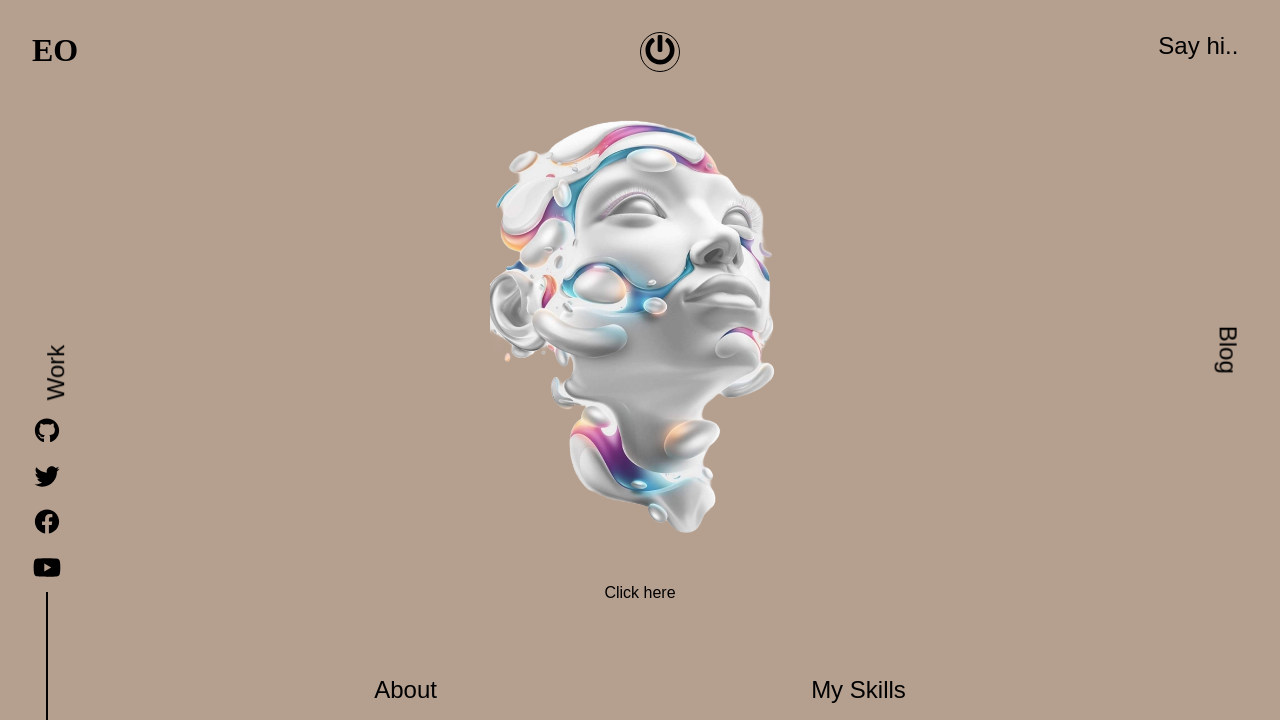
Repository: Deonorla/deon-dev
Page: /main
The author's editor kept a copy of each file at every save. The page is drawn from the files as they stood at one save, then again after the next save.
The browser window is 1280 px wide. The pictures show the whole page.
The project was rebuilt for these pictures with package versions that can differ from the ones it lists, and the page was loaded fresh each time. The framework's server and built-in components were replaced by stand-ins that run in the browser. Also part of the build but not shown: next.config.ts.

Above is the page before, as saved 2025-05-28 22:26:45.

### src/app/layout.tsx
import ClientRootLayout from "./ClientRootLayout";
export const metadata = {
  title: "Deon",
  description: "Deon's personal portfolio website",
};

export default function RootLayout({
  children,
}: {
  children: React.ReactNode;
}) {
  return <ClientRootLayout>{children}</ClientRootLayout>;
}

### src/app/main/page.tsx
"use client";

import PowerButton from "@/components/Button/PowerButton";
import LogoComponent from "@/components/Minor/Logo";
import Socials from "@/components/Minor/Socials";
import { YinYang } from "@/components/Minor/SvgPack/AllSvgs";
import Image from "next/image";
import Link from "next/link";
import { useState } from "react";
import styled, { keyframes } from "styled-components";

interface Prop {
  click: boolean;
}

const MainContainer = styled.div`
  background: ${(props) => props.theme.body};
  width: 100vw;
  height: 100vh;
  overflow: hidden;
  position: relative;

  h2,
  h3,
  h4,
  h5,
  h6 {
    font-family: "Karla", sans-serif;
    font-weight: 500;
  }
`;

const Container = styled.div`
  padding: 2rem;
`;

const Contact = styled(Link)`
  color: ${(props) => props.theme.text};
  position: absolute;
  top: 2rem;

  right: calc(1rem + 2vw);
  text-decoration: none;
  z-index: 1;
`;
const Blog = styled(Link)`
  color: ${(props) => props.theme.text};
  position: absolute;
  top: 50%;
  transform: rotate(90deg) translate(-50%, -50%);
  right: calc(1rem + 2vw);
  text-decoration: none;
  z-index: 1;
`;
const Work = styled(Link)<Prop>`
  color: ${(props) => (props.click ? props.theme.body : props.theme.text)};
  position: absolute;
  top: 46%;
  transform: rotate(-90deg) translate(-50%, -50%);
  left: calc(1rem + 2vw);
  text-decoration: none;
  z-index: 1;
`;
const BottomBar = styled.div`
  position: absolute;
  bottom: 1rem;
  left: 0;
  right: 0;
  width: 100%;

  display: flex;
  justify-content: space-evenly;
`;
const About = styled(Link)<Prop>`
  color: ${(props) => (props.click ? props.theme.body : props.theme.text)};
  text-decoration: none;
  z-index: 1;
`;
const Skills = styled(Link)`
  color: ${(props) => props.theme.text};
  text-decoration: none;
  z-index: 1;
`;
// Bounce animation for the image
const bounce = keyframes`
    0%, 100% {
        transform: translateY(0);
    }
    50% {
        transform: translateY(-25px);
    }
`;

const Center = styled.button<Prop>`
  position: absolute;
  top: ${(props) => (props.click ? "85%" : "50%")};
  left: ${(props) => (props.click ? "92%" : "50%")};
  transform: translate(-50%, -50%);
  border: none;
  outline: none;
  background-color: transparent;
  cursor: pointer;

  display: flex;
  flex-direction: column;
  justify-content: center;
  align-items: center;
  transition: all 1s ease;

  & > :first-child {
    animation: ${bounce} 2s infinite;
  }

  & > :last-child {
    display: ${(props) => (props.click ? "none" : "inline-block")};
    padding-top: 1rem;
  }
`;

const LightDiv = styled.div<Prop>`
  position: absolute;
  top: 0;
  background-color: #ffffff;
  bottom: 0;
  right: 50%;
  width: ${(prop) => (prop.click ? "50%" : "0%")};
  height: ${(prop) => (prop.click ? "100%" : "0%")};
  z-index: 1;
  transition: height 0.5s ease, width 1s ease 0.5s;
`;

const Main = () => {
  const [click, setClick] = useState(false);
  const handleClick = () => setClick(!click);
  return (
    <MainContainer>
      <LightDiv click={click} />
      <Container>
        <PowerButton />
        <LogoComponent theme={click ? "brown" : "light"} />
        <Socials theme={click ? "brown" : "light"} />
        <Center click={click}>
          <Image
            onClick={() => handleClick()}
            src="/images/head.png"
            alt="Deon Oluleye"
            width={click ? 100 : 300}
            height={click ? 150 : 450}
          />
          <span>Click here</span>
        </Center>
        <Contact target="_blank" href="mailto:deonoluleye@gmail.com">
          <h2>Say hi..</h2>
        </Contact>
        <Blog href="/blog">
          <h2>Blog</h2>
        </Blog>
        <Work href="/work" click={click}>
          <h2>Work</h2>
        </Work>
        <BottomBar>
          <About href="/about" click={click}>
            <h2>About</h2>
          </About>
          <Skills href="/skills">
            <h2>My Skills</h2>
          </Skills>
        </BottomBar>
      </Container>
    </MainContainer>
  );
};

export default Main;

### src/app/ClientRootLayout.tsx
"use client";

import { Geist, Geist_Mono } from "next/font/google";
import { ThemeProvider } from "styled-components";
import GlobalStyle from "./globalStyles";
import "../../node_modules/normalize.css";
import { lightTheme } from "@/components/Minor/theme/Themes";

const geistSans = Geist({
  variable: "--font-geist-sans",
  subsets: ["latin"],
});

const geistMono = Geist_Mono({
  variable: "--font-geist-mono",
  subsets: ["latin"],
});

export default function ClientRootLayout({
  children,
}: {
  children: React.ReactNode;
}) {
  return (
    <html lang="en">
      <body>
        <ThemeProvider theme={lightTheme}>
          <GlobalStyle />
          {children}
        </ThemeProvider>
      </body>
    </html>
  );
}

### src/components/Button/PowerButton/index.tsx
"use client";
import { PowerBtn } from "@/components/Minor/SvgPack/AllSvgs";
import Image from "next/image";
import Link from "next/link";
import styled from "styled-components";

const Power = styled.button`
  position: fixed;
  top: 2rem;
  left: 50%;
  transform: translateX(-50%, 0);

  background-color: #b59f8f;
  padding: 0.3rem;
  border-radius: 50%;
  border: 1px solid #000;
  width: 2.5rem;
  height: 2.5rem;

  display: flex;
  justify-content: center;
  align-items: center;
  z-index: 3;

  cursor: pointer;

  &:hover {
    background-color: rgba(0, 255, 0, 0.4);
    box-shadow: 0 0 8px 6px rgba(0, 255, 0, 0.2);
  }

  & > *:first-child {
    text-decoration: none;
    color: inherit;
  }
`;

const PowerButton = () => {
  return (
    <Power>
      <Link href="/">
        <PowerBtn width={30} height={30} fill="currentColor" />
      </Link>
    </Power>
  );
};

export default PowerButton;

### src/components/Minor/Logo/index.tsx
import React from "react";
import styled from "styled-components";
import { brownTheme } from "../theme/Themes";
interface prop {
  theme: string;
}

const Logo = styled.h1`
  display: inline-block;
  color: ${(prop) =>
    prop.color === "brown" ? brownTheme.text : brownTheme.body};
  font-family: "pacifico", cursive;

  position: fixed;
  left: 2rem;
  top: 2rem;
  z-index: 3;
`;

const LogoComponent = ({ theme }: prop) => {
  return (
    <div>
      <Logo color={theme}>EO</Logo>
    </div>
  );
};

export default LogoComponent;

### src/components/Minor/Socials/index.tsx
import Link from "next/link";
import React from "react";
import styled from "styled-components";
import { Facebook, Github, Twitter, YouTube } from "../SvgPack/AllSvgs";
import { brownTheme } from "../theme/Themes";
interface props {
  theme: string;
}

const Icons = styled.div`
  display: flex;
  flex-direction: column;
  align-items: center;

  position: fixed;
  bottom: 0;
  left: 2rem;

  z-index: 3;

  & > *:not(:last-child) {
    margin: 0.5rem 0;
  }
`;

const Line = styled.span<props>`
  width: 2px;
  height: 8rem;
  background-color: ${(props) =>
    props.color === "brown" ? brownTheme.text : brownTheme.body};
`;

const Socials = ({ theme }: props) => {
  return (
    <Icons>
      <div>
        <Link
          style={{ color: "inherit" }}
          target="_blank"
          href="https://github.com/deonorla"
        >
          <Github
            width={30}
            height={25}
            fill={theme === "brown" ? brownTheme.text : brownTheme.body}
          />
        </Link>
      </div>
      <div>
        <Link
          style={{ color: "inherit" }}
          target="_blank"
          href="https://x.com/DeonAtricks"
        >
          <Twitter
            width={30}
            height={25}
            fill={theme === "brown" ? brownTheme.text : brownTheme.body}
          />
        </Link>
      </div>
      <div>
        <Link style={{ color: "inherit" }} target="_blank" href="https://">
          <Facebook
            width={30}
            height={25}
            fill={theme === "brown" ? brownTheme.text : brownTheme.body}
          />
        </Link>
      </div>
      <div>
        <Link style={{ color: "inherit" }} target="_blank" href="https://">
          <YouTube
            width={30}
            height={25}
            fill={theme === "brown" ? brownTheme.text : brownTheme.body}
          />
        </Link>
      </div>
      <Line color={theme} />
    </Icons>
  );
};

export default Socials;

### src/app/globalStyles.ts
import { createGlobalStyle } from "styled-components";

const GlobalStyle = createGlobalStyle`

*,*::before,*::after, h1, h2, h3, h4, h5, h6 {
  margin: 0;
  padding: 0;
}

h1, h2, h3, h4, h5, h6 {
display: inline-block;
}

body {
    margin: 0;
    padding: 0;
    overflow-x: hidden;
    font-family: "Source Sans Pro", sans-serif;
 }
`;

export default GlobalStyle;

### src/components/Minor/theme/Themes.ts
export interface MyTheme {
  body: string;
  text: string;
  fontFamily: string;
  bodyRgba: string;
  textRgba: string;
}

export const lightTheme = {
  body: "#B59F8F",
  text: "#000000",
  fontFamily: "'Source Sans Pro', sans-serif",
  bodyRgba: "252, 246, 244",
  textRgba: "0,0,0",
};

export const brownTheme = {
  body: "#000000",
  text: "#B59F8F",
  fontFamily: "'Source Sans Pro', sans-serif",
  bodyRgba: "0,0,0",
  textRgba: "252, 246, 244",
};
// #B59F8F;

### src/components/Minor/SvgPack/AllSvgs.tsx
// components/PowerBtn.tsx
import React from "react";

interface Props extends React.SVGProps<SVGSVGElement> {
  fill?: string;
}

export const PowerBtn: React.FC<Props> = (props) => {
  return (
    <svg
      aria-hidden="true"
      data-prefix="fas"
      data-icon="power-off"
      className="svg-inline--fa fa-power-off fa-w-16"
      xmlns="http://www.w3.org/2000/svg"
      viewBox="0 0 512 512"
      {...props}
    >
      <path
        fill={props.fill || "currentColor"}
        d="M400 54.1c63 45 104 118.6 104 201.9 0 136.8-110.8 247.7-247.5 248C120 504.3 8.2 393 8 256.4 7.9 173.1 48.9 99.3 111.8 54.2c11.7-8.3 28-4.8 35 7.7L162.6 90c5.9 10.5 3.1 23.8-6.6 31-41.5 30.8-68 79.6-68 134.9-.1 92.3 74.5 168.1 168 168.1 91.6 0 168.6-74.2 168-169.1-.3-51.8-24.7-101.8-68.1-134-9.7-7.2-12.4-20.5-6.5-30.9l15.8-28.1c7-12.4 23.2-16.1 34.8-7.8zM296 264V24c0-13.3-10.7-24-24-24h-32c-13.3 0-24 10.7-24 24v240c0 13.3 10.7 24 24 24h32c13.3 0 24-10.7 24-24z"
      />
    </svg>
  );
};

export const Github: React.FC<Props> = (props) => {
  return (
    <svg
      aria-hidden="true"
      data-prefix="fab"
      data-icon="github"
      className="prefix__svg-inline--fa prefix__fa-github prefix__fa-w-16"
      xmlns="http://www.w3.org/2000/svg"
      viewBox="0 0 496 512"
      {...props}
    >
      <path
        fill={props.fill}
        d="M165.9 397.4c0 2-2.3 3.6-5.2 3.6-3.3.3-5.6-1.3-5.6-3.6 0-2 2.3-3.6 5.2-3.6 3-.3 5.6 1.3 5.6 3.6zm-31.1-4.5c-.7 2 1.3 4.3 4.3 4.9 2.6 1 5.6 0 6.2-2s-1.3-4.3-4.3-5.2c-2.6-.7-5.5.3-6.2 2.3zm44.2-1.7c-2.9.7-4.9 2.6-4.6 4.9.3 2 2.9 3.3 5.9 2.6 2.9-.7 4.9-2.6 4.6-4.6-.3-1.9-3-3.2-5.9-2.9zM244.8 8C106.1 8 0 113.3 0 252c0 110.9 69.8 205.8 169.5 239.2 12.8 2.3 17.3-5.6 17.3-12.1 0-6.2-.3-40.4-.3-61.4 0 0-70 15-84.7-29.8 0 0-11.4-29.1-27.8-36.6 0 0-22.9-15.7 1.6-15.4 0 0 24.9 2 38.6 25.8 21.9 38.6 58.6 27.5 72.9 20.9 2.3-16 8.8-27.1 16-33.7-55.9-6.2-112.3-14.3-112.3-110.5 0-27.5 7.6-41.3 23.6-58.9-2.6-6.5-11.1-33.3 2.6-67.9 20.9-6.5 69 27 69 27 20-5.6 41.5-8.5 62.8-8.5s42.8 2.9 62.8 8.5c0 0 48.1-33.6 69-27 13.7 34.7 5.2 61.4 2.6 67.9 16 17.7 25.8 31.5 25.8 58.9 0 96.5-58.9 104.2-114.8 110.5 9.2 7.9 17 22.9 17 46.4 0 33.7-.3 75.4-.3 83.6 0 6.5 4.6 14.4 17.3 12.1C428.2 457.8 496 362.9 496 252 496 113.3 383.5 8 244.8 8zM97.2 352.9c-1.3 1-1 3.3.7 5.2 1.6 1.6 3.9 2.3 5.2 1 1.3-1 1-3.3-.7-5.2-1.6-1.6-3.9-2.3-5.2-1zm-10.8-8.1c-.7 1.3.3 2.9 2.3 3.9 1.6 1 3.6.7 4.3-.7.7-1.3-.3-2.9-2.3-3.9-2-.6-3.6-.3-4.3.7zm32.4 35.6c-1.6 1.3-1 4.3 1.3 6.2 2.3 2.3 5.2 2.6 6.5 1 1.3-1.3.7-4.3-1.3-6.2-2.2-2.3-5.2-2.6-6.5-1zm-11.4-14.7c-1.6 1-1.6 3.6 0 5.9 1.6 2.3 4.3 3.3 5.6 2.3 1.6-1.3 1.6-3.9 0-6.2-1.4-2.3-4-3.3-5.6-2z"
      />
    </svg>
  );
};

export const Twitter: React.FC<Props> = (props) => {
  return (
    <svg
      aria-hidden="true"
      data-prefix="fab"
      data-icon="twitter"
      className="prefix__svg-inline--fa prefix__fa-twitter prefix__fa-w-16"
      xmlns="http://www.w3.org/2000/svg"
      viewBox="0 0 512 512"
      {...props}
    >
      <path
        fill={props.fill}
        d="M459.37 151.716c.325 4.548.325 9.097.325 13.645 0 138.72-105.583 298.558-298.558 298.558-59.452 0-114.68-17.219-161.137-47.106 8.447.974 16.568 1.299 25.34 1.299 49.055 0 94.213-16.568 130.274-44.832-46.132-.975-84.792-31.188-98.112-72.772 6.498.974 12.995 1.624 19.818 1.624 9.421 0 18.843-1.3 27.614-3.573-48.081-9.747-84.143-51.98-84.143-102.985v-1.299c13.969 7.797 30.214 12.67 47.431 13.319-28.264-18.843-46.781-51.005-46.781-87.391 0-19.492 5.197-37.36 14.294-52.954 51.655 63.675 129.3 105.258 216.365 109.807-1.624-7.797-2.599-15.918-2.599-24.04 0-57.828 46.782-104.934 104.934-104.934 30.213 0 57.502 12.67 76.67 33.137 23.715-4.548 46.456-13.32 66.599-25.34-7.798 24.366-24.366 44.833-46.132 57.827 21.117-2.273 41.584-8.122 60.426-16.243-14.292 20.791-32.161 39.308-52.628 54.253z"
      />
    </svg>
  );
};

export const Facebook: React.FC<Props> = (props) => {
  return (
    <svg
      aria-hidden="true"
      data-prefix="fab"
      data-icon="facebook"
      className="prefix__svg-inline--fa prefix__fa-facebook prefix__fa-w-16"
      xmlns="http://www.w3.org/2000/svg"
      viewBox="0 0 512 512"
      {...props}
    >
      <path
        fill={props.fill}
        d="M504 256C504 119 393 8 256 8S8 119 8 256c0 123.78 90.69 226.38 209.25 245V327.69h-63V256h63v-54.64c0-62.15 37-96.48 93.67-96.48 27.14 0 55.52 4.84 55.52 4.84v61h-31.28c-30.8 0-40.41 19.12-40.41 38.73V256h68.78l-11 71.69h-57.78V501C413.31 482.38 504 379.78 504 256z"
      />
    </svg>
  );
};

export const YouTube: React.FC<Props> = (props) => {
  return (
    <svg
      aria-hidden="true"
      data-prefix="fab"
      data-icon="youtube"
      className="prefix__svg-inline--fa prefix__fa-youtube prefix__fa-w-18"
      xmlns="http://www.w3.org/2000/svg"
      viewBox="0 0 576 512"
      {...props}
    >
      <path
        fill={props.fill}
        d="M549.655 124.083c-6.281-23.65-24.787-42.276-48.284-48.597C458.781 64 288 64 288 64S117.22 64 74.629 75.486c-23.497 6.322-42.003 24.947-48.284 48.597-11.412 42.867-11.412 132.305-11.412 132.305s0 89.438 11.412 132.305c6.281 23.65 24.787 41.5 48.284 47.821C117.22 448 288 448 288 448s170.78 0 213.371-11.486c23.497-6.321 42.003-24.171 48.284-47.821 11.412-42.867 11.412-132.305 11.412-132.305s0-89.438-11.412-132.305zm-317.51 213.508V175.185l142.739 81.205-142.739 81.201z"
      />
    </svg>
  );
};

export const YinYang: React.FC<Props> = (props) => {
  return (
    <svg
      aria-hidden="true"
      data-prefix="fas"
      data-icon="yin-yang"
      className="prefix__svg-inline--fa prefix__fa-yin-yang prefix__fa-w-16"
      xmlns="http://www.w3.org/2000/svg"
      viewBox="0 0 496 512"
      {...props}
    >
      <path
        fill={props.fill}
        d="M248 8C111.03 8 0 119.03 0 256s111.03 248 248 248 248-111.03 248-248S384.97 8 248 8zm0 376c-17.67 0-32-14.33-32-32s14.33-32 32-32 32 14.33 32 32-14.33 32-32 32zm0-128c-53.02 0-96 42.98-96 96s42.98 96 96 96c-106.04 0-192-85.96-192-192S141.96 64 248 64c53.02 0 96 42.98 96 96s-42.98 96-96 96zm0-128c-17.67 0-32 14.33-32 32s14.33 32 32 32 32-14.33 32-32-14.33-32-32-32z"
      />
    </svg>
  );
};

export const Anchor: React.FC<Props> = (props) => {
  return (
    <svg
      aria-hidden="true"
      data-prefix="fas"
      data-icon="anchor"
      className="prefix__svg-inline--fa prefix__fa-anchor prefix__fa-w-18"
      xmlns="http://www.w3.org/2000/svg"
      viewBox="0 0 576 512"
      {...props}
    >
      <path
        fill={props.fill}
        d="M12.971 352h32.394C67.172 454.735 181.944 512 288 512c106.229 0 220.853-57.38 242.635-160h32.394c10.691 0 16.045-12.926 8.485-20.485l-67.029-67.029c-4.686-4.686-12.284-4.686-16.971 0l-67.029 67.029c-7.56 7.56-2.206 20.485 8.485 20.485h35.146c-20.29 54.317-84.963 86.588-144.117 94.015V256h52c6.627 0 12-5.373 12-12v-40c0-6.627-5.373-12-12-12h-52v-5.47c37.281-13.178 63.995-48.725 64-90.518C384.005 43.772 341.605.738 289.37.01 235.723-.739 192 42.525 192 96c0 41.798 26.716 77.35 64 90.53V192h-52c-6.627 0-12 5.373-12 12v40c0 6.627 5.373 12 12 12h52v190.015c-58.936-7.399-123.82-39.679-144.117-94.015h35.146c10.691 0 16.045-12.926 8.485-20.485l-67.029-67.029c-4.686-4.686-12.284-4.686-16.971 0L4.485 331.515C-3.074 339.074 2.28 352 12.971 352zM288 64c17.645 0 32 14.355 32 32s-14.355 32-32 32-32-14.355-32-32 14.355-32 32-32z"
      />
    </svg>
  );
};

export const Link: React.FC<Props> = (props) => {
  return (
    <svg
      aria-hidden="true"
      data-prefix="fas"
      data-icon="link"
      className="prefix__svg-inline--fa prefix__fa-link prefix__fa-w-16"
      xmlns="http://www.w3.org/2000/svg"
      viewBox="0 0 512 512"
      {...props}
    >
      <path
        fill={props.fill}
        d="M326.612 185.391c59.747 59.809 58.927 155.698.36 214.59-.11.12-.24.25-.36.37l-67.2 67.2c-59.27 59.27-155.699 59.262-214.96 0-59.27-59.26-59.27-155.7 0-214.96l37.106-37.106c9.84-9.84 26.786-3.3 27.294 10.606.648 17.722 3.826 35.527 9.69 52.721 1.986 5.822.567 12.262-3.783 16.612l-13.087 13.087c-28.026 28.026-28.905 73.66-1.155 101.96 28.024 28.579 74.086 28.749 102.325.51l67.2-67.19c28.191-28.191 28.073-73.757 0-101.83-3.701-3.694-7.429-6.564-10.341-8.569a16.037 16.037 0 01-6.947-12.606c-.396-10.567 3.348-21.456 11.698-29.806l21.054-21.055c5.521-5.521 14.182-6.199 20.584-1.731a152.482 152.482 0 0120.522 17.197zM467.547 44.449c-59.261-59.262-155.69-59.27-214.96 0l-67.2 67.2c-.12.12-.25.25-.36.37-58.566 58.892-59.387 154.781.36 214.59a152.454 152.454 0 0020.521 17.196c6.402 4.468 15.064 3.789 20.584-1.731l21.054-21.055c8.35-8.35 12.094-19.239 11.698-29.806a16.037 16.037 0 00-6.947-12.606c-2.912-2.005-6.64-4.875-10.341-8.569-28.073-28.073-28.191-73.639 0-101.83l67.2-67.19c28.239-28.239 74.3-28.069 102.325.51 27.75 28.3 26.872 73.934-1.155 101.96l-13.087 13.087c-4.35 4.35-5.769 10.79-3.783 16.612 5.864 17.194 9.042 34.999 9.69 52.721.509 13.906 17.454 20.446 27.294 10.606l37.106-37.106c59.271-59.259 59.271-155.699.001-214.959z"
      />
    </svg>
  );
};

export const Design: React.FC<Props> = (props) => {
  return (
    <svg
      aria-hidden="true"
      data-prefix="fas"
      data-icon="palette"
      className="prefix__svg-inline--fa prefix__fa-palette prefix__fa-w-16"
      xmlns="http://www.w3.org/2000/svg"
      viewBox="0 0 512 512"
      {...props}
    >
      <path
        fill={props.fill}
        d="M204.3 5C104.9 24.4 24.8 104.3 5.2 203.4c-37 187 131.7 326.4 258.8 306.7 41.2-6.4 61.4-54.6 42.5-91.7-23.1-45.4 9.9-98.4 60.9-98.4h79.7c35.8 0 64.8-29.6 64.9-65.3C511.5 97.1 368.1-26.9 204.3 5zM96 320c-17.7 0-32-14.3-32-32s14.3-32 32-32 32 14.3 32 32-14.3 32-32 32zm32-128c-17.7 0-32-14.3-32-32s14.3-32 32-32 32 14.3 32 32-14.3 32-32 32zm128-64c-17.7 0-32-14.3-32-32s14.3-32 32-32 32 14.3 32 32-14.3 32-32 32zm128 64c-17.7 0-32-14.3-32-32s14.3-32 32-32 32 14.3 32 32-14.3 32-32 32z"
      />
    </svg>
  );
};

export const Developer: React.FC<Props> = (props) => {
  return (
    <svg
      aria-hidden="true"
      data-prefix="fas"
      data-icon="laptop-code"
      className="prefix__svg-inline--fa prefix__fa-laptop-code prefix__fa-w-20"
      xmlns="http://www.w3.org/2000/svg"
      viewBox="0 0 640 512"
      {...props}
    >
      <path
        fill={props.fill}
        d="M255.03 261.65c6.25 6.25 16.38 6.25 22.63 0l11.31-11.31c6.25-6.25 6.25-16.38 0-22.63L253.25 192l35.71-35.72c6.25-6.25 6.25-16.38 0-22.63l-11.31-11.31c-6.25-6.25-16.38-6.25-22.63 0l-58.34 58.34c-6.25 6.25-6.25 16.38 0 22.63l58.35 58.34zm96.01-11.3l11.31 11.31c6.25 6.25 16.38 6.25 22.63 0l58.34-58.34c6.25-6.25 6.25-16.38 0-22.63l-58.34-58.34c-6.25-6.25-16.38-6.25-22.63 0l-11.31 11.31c-6.25 6.25-6.25 16.38 0 22.63L386.75 192l-35.71 35.72c-6.25 6.25-6.25 16.38 0 22.63zM624 416H381.54c-.74 19.81-14.71 32-32.74 32H288c-18.69 0-33.02-17.47-32.77-32H16c-8.8 0-16 7.2-16 16v16c0 35.2 28.8 64 64 64h512c35.2 0 64-28.8 64-64v-16c0-8.8-7.2-16-16-16zM576 48c0-26.4-21.6-48-48-48H112C85.6 0 64 21.6 64 48v336h512V48zm-64 272H128V64h384v256z"
      />
    </svg>
  );
};

After the next save:
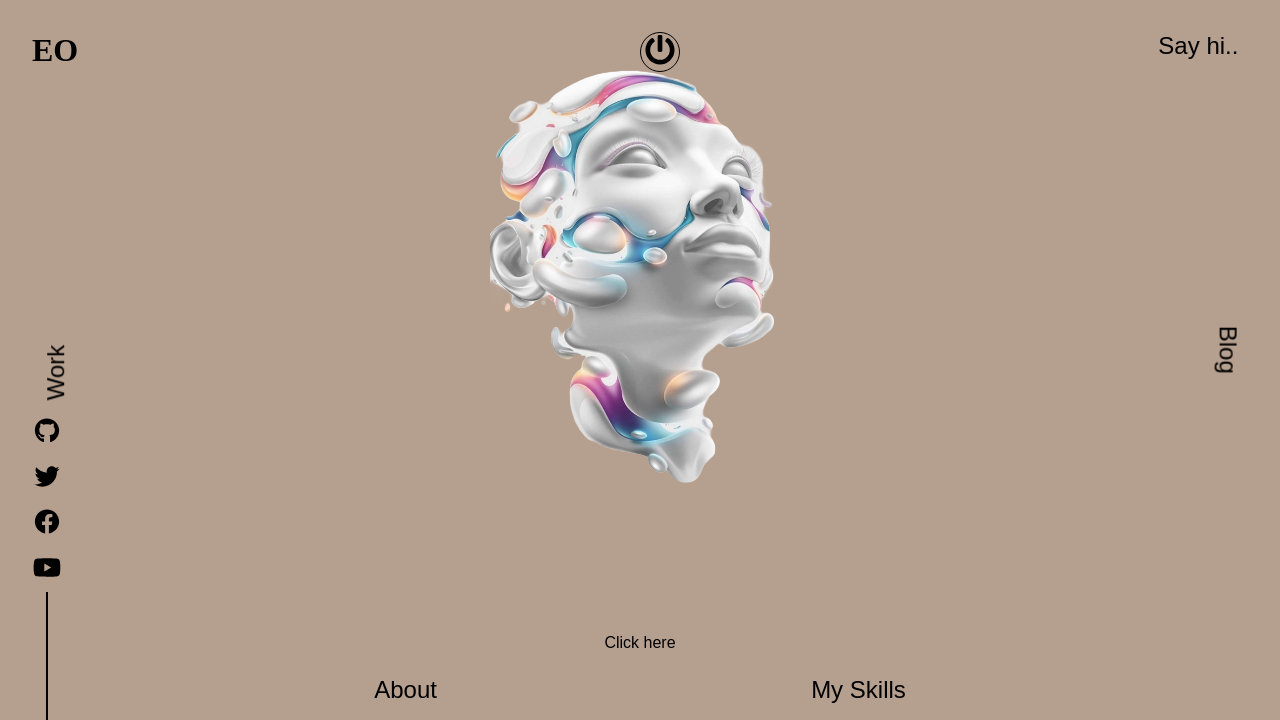
Saved 11 min 1 s later.
--- a/src/app/main/page.tsx
+++ b/src/app/main/page.tsx
@@ -129,6 +129,22 @@
   transition: height 0.5s ease, width 1s ease 0.5s;
 `;
 
+const ImageWrapper = styled.div`
+  position: relative;
+  width: 100%;
+  height: 300px;
+
+  @media (max-width: 480px) {
+    height: 21.875rem;
+    width: 15.625rem;
+  }
+
+  @media (min-width: 1024px) {
+    height: 550px;
+    width: 400px;
+  }
+`;
+
 const Main = () => {
   const [click, setClick] = useState(false);
   const handleClick = () => setClick(!click);
@@ -140,13 +156,15 @@
         <LogoComponent theme={click ? "brown" : "light"} />
         <Socials theme={click ? "brown" : "light"} />
         <Center click={click}>
-          <Image
-            onClick={() => handleClick()}
-            src="/images/head.png"
-            alt="Deon Oluleye"
-            width={click ? 100 : 300}
-            height={click ? 150 : 450}
-          />
+          <ImageWrapper>
+            <Image
+              onClick={() => handleClick()}
+              src="/images/head.png"
+              alt="Deon Oluleye"
+              width={click ? 100 : 300}
+              height={click ? 150 : 450}
+            />
+          </ImageWrapper>
           <span>Click here</span>
         </Center>
         <Contact target="_blank" href="mailto:deonoluleye@gmail.com">
